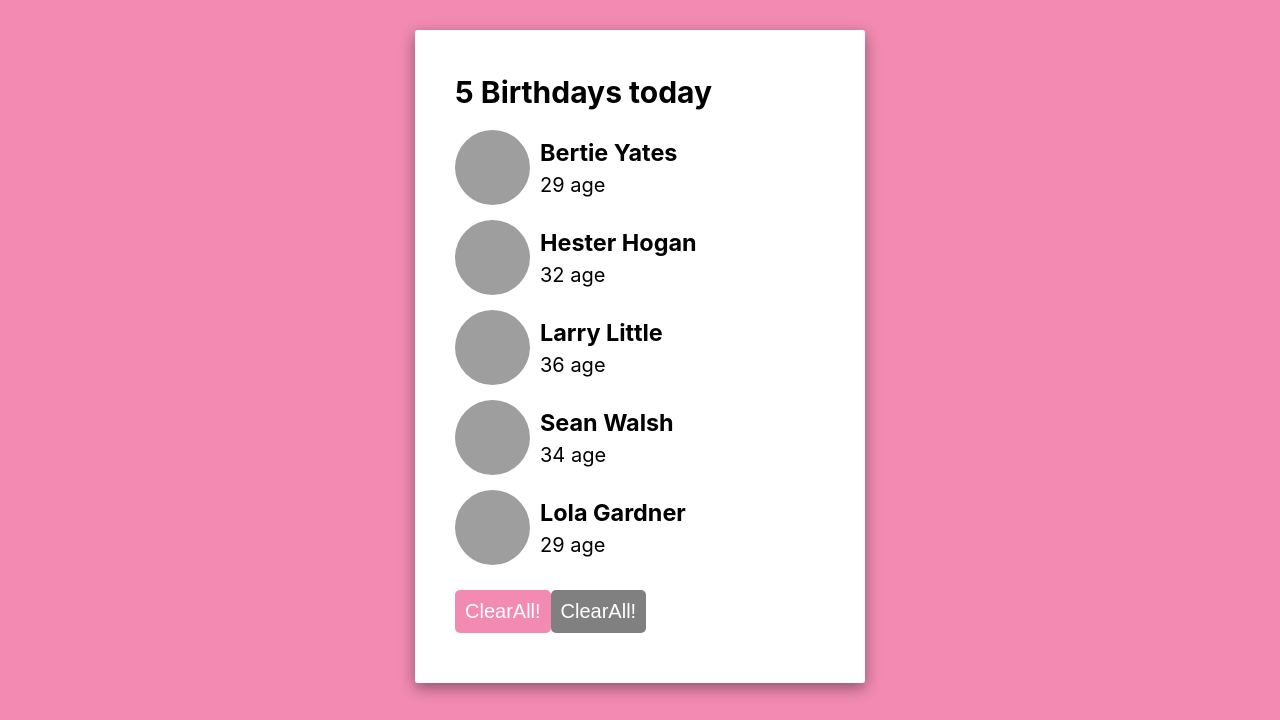
Repository: thaiduy1704/ReactTypeScript-Basic
Page: / (app in 01-birthday-reminder/)
An editor plug-in stored every save of this project. The page is shown before and after the next save, followed by the edit.
The browser window is 1280 px wide. The pictures show the whole page.
Pictures or frames that could not be fetched are drawn as grey boxes. The project was rebuilt for these pictures with package versions that can differ from the ones it lists, and the page was loaded fresh each time.

Above is the page before, as saved 2022-08-05 16:33:27.

After the next save:
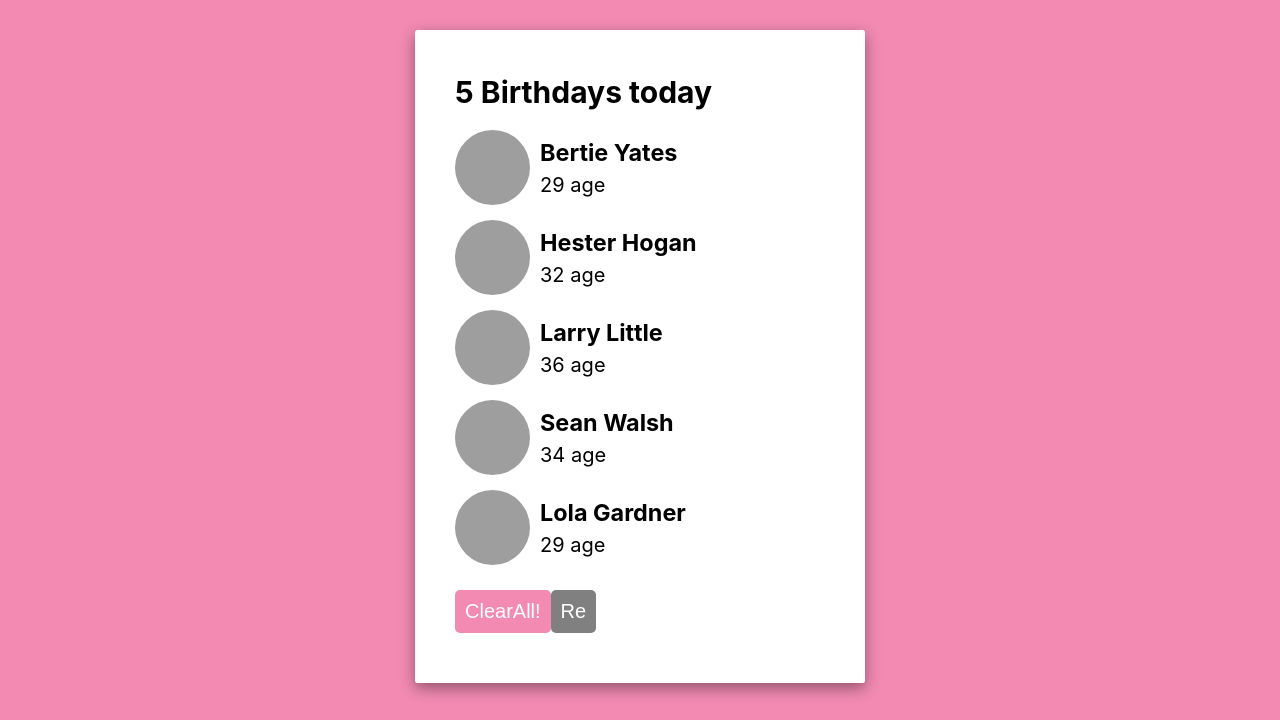
Saved 8 s later.
--- a/01-birthday-reminder/src/components/Card.tsx
+++ b/01-birthday-reminder/src/components/Card.tsx
@@ -30,7 +30,7 @@ export const Card: React.FC<PeopleType> = ({
           className={`${people.length !== 0 && "disable"}`}
           onClick={() => clearPeople()}
         >
-          ClearAll!
+          Re
         </button>
       </div>
     </Wrapper>
